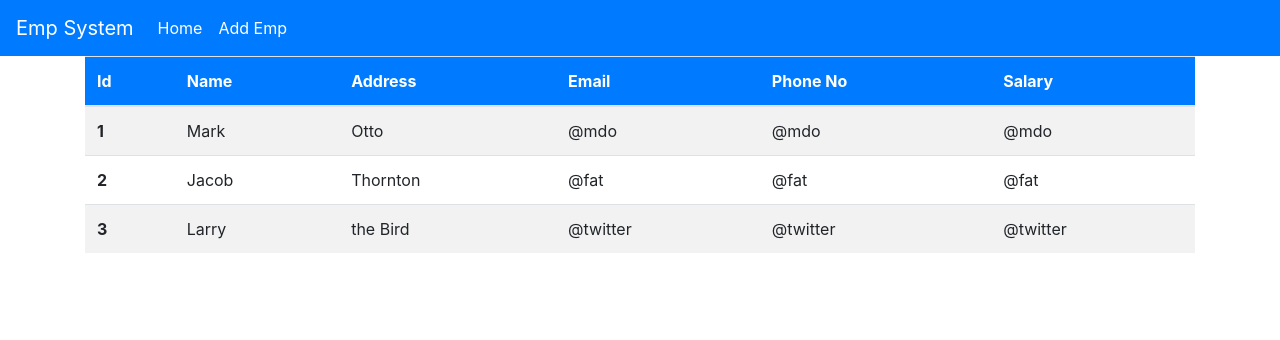
Repository: Ayush4706/EmpSystemSpringBoot
Page: http://localhost/index
The author's editor kept a copy of each file at every save. The page is drawn from the files as they stood at one save, then again after the next save.
The browser window is 1280 px wide. The pictures show the whole page.
Some web libraries are served in a nearby version. The page is this project's Thymeleaf template; nobody is signed in. The template is opened directly, without the code that normally fills it, so the values that code supplies are empty.

Above is the page before, as saved 2024-11-06 08:12:36.

After the next save:
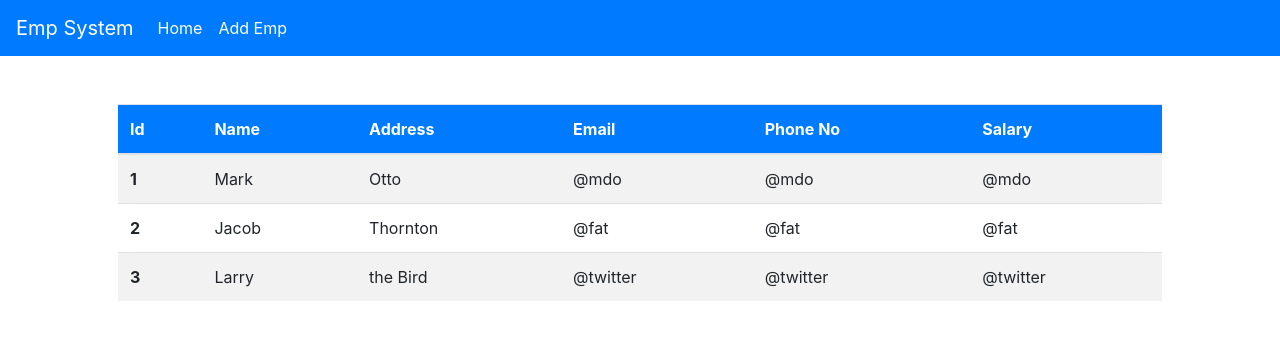
Saved 38 s later.
--- a/Employee_System/src/main/resources/templates/index.html
+++ b/Employee_System/src/main/resources/templates/index.html
@@ -38,7 +38,7 @@
 		</div>
 	</nav>
 
-	<div class="container">
+	<div class="container p-5">
 		<table class="table table-striped">
 		  <thead class="bg-primary text-white">
 		    <tr>
